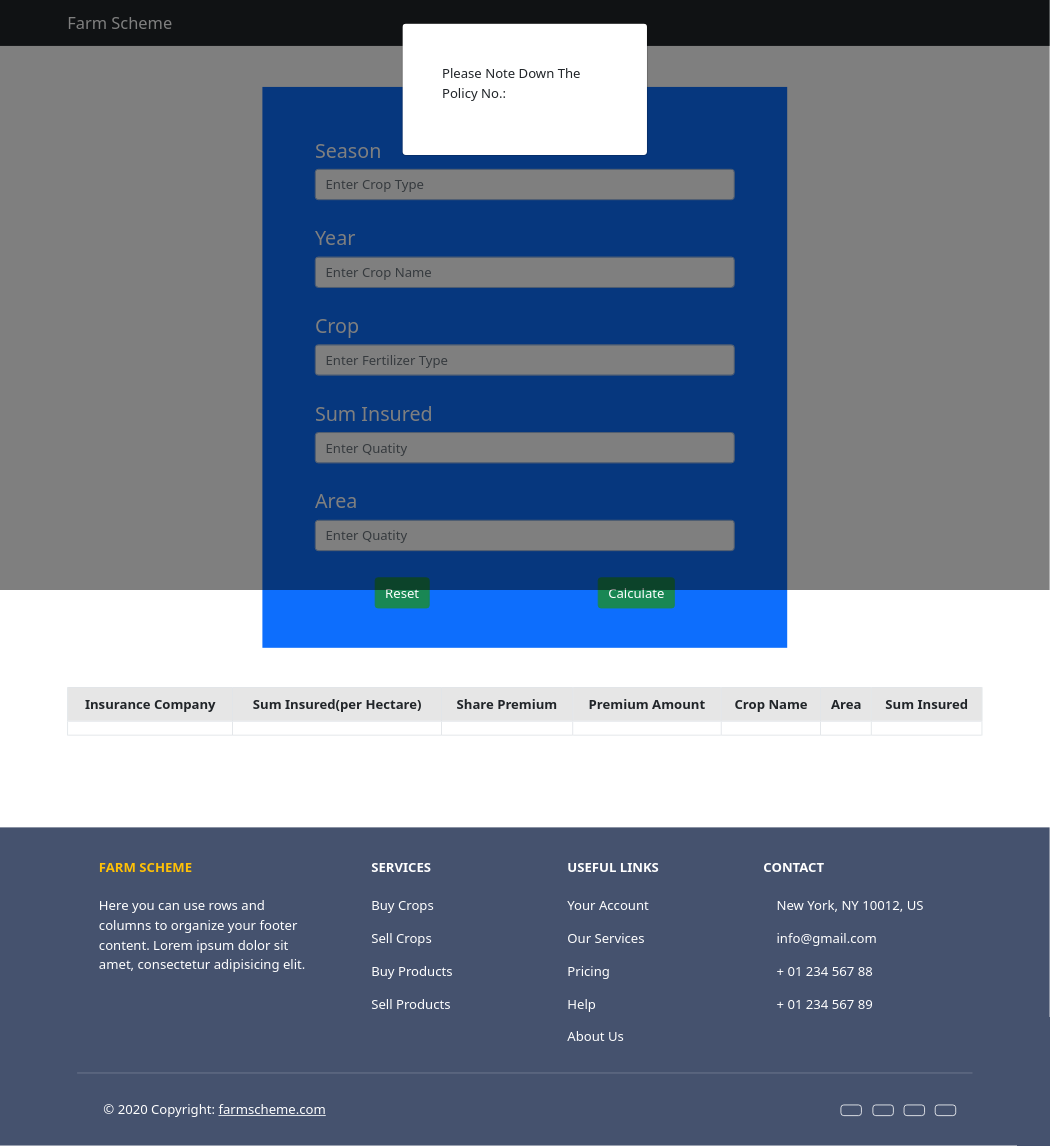
Repository: lavakumar17/Farmscheme
Page: http://localhost/demo/farmer/insurance_reg_success.jsp
The author's editor kept a copy of each file at every save. The page is drawn from the files as they stood at one save, then again after the next save.
The browser window is 1280 px wide. The pictures show the whole page, at 82% of full size.
The page is served by Tomcat 9. Other server files are loaded and not shown. The template is opened directly, without the code that normally fills it, so the values that code supplies are empty.

Above is the page before, as saved 2022-06-24 05:06:38.

### MainProject/demo/src/main/webapp/farmer/insurance_reg_success.jsp
<%@ page language="java" contentType="text/html; charset=ISO-8859-1"
    pageEncoding="ISO-8859-1" isELIgnored="false"%>
<!DOCTYPE html>
<html>
<head>
<meta charset="ISO-8859-1">
<title>Insert title here</title>
<!-- Bootstrap css and JavaScript links -->
    <%@include file="bootstrap_links.jsp" %>
</head>
<body class="align-items-ceter">

<!-- navbar -->
<nav class="navbar navbar-expand-lg navbar-dark bg-dark">
      <div class="container-fluid container">
        <a class="navbar-brand" href="#">Farm Scheme</a>
        <button
          class="navbar-toggler"
          type="button"
          data-bs-toggle="collapse"
          data-bs-target="#navbarNavDropdown"
          aria-controls="navbarNavDropdown"
          aria-expanded="false"
          aria-label="Toggle navigation"
        >
          <span class="navbar-toggler-icon"></span>
        </button>
        <div class="collapse navbar-collapse" id="navbarNavDropdown">
          <ul class="navbar-nav ms-auto">
            <!-- <li class="nav-item">
              <a class="nav-link active" aria-current="page" href="/">Home</a>
            </li> -->
          </ul>
        </div>
      </div>
    </nav>

<%-- <%@include file="navbar.jsp" %><br><br> --%>
<h3 class="text-center text-danger pt-2">Insurance</h3>
<h4 class="text-success text-center">${success }</h4>
<h4 class="text-danger text-center">${failed }</h4>
<div class="container w-50 cjustify-content-center bg-primary text-white p-5">
<form action="/farmer/insurance" method="post">

<div class="p-3">
<span class="form-label"><h4>Season</h4></span>
<input class="form-control" type="text" name="season" required placeholder="Enter Crop Type">
</div>
<div class="p-3">
<span class="form-label pt-3"><h4>Year</h4></span>
<input class="form-control" type="text" name="year" required placeholder="Enter Crop Name">
</div>

<div class="p-3">
<span class="form-label pt-3"><h4>Crop</h4></span>
<input class="form-control" type="text" name="crop" required placeholder="Enter Fertilizer Type">
</div>

<div class="p-3">
<span class="form-label pt-3"><h4>Sum Insured</h4></span>
<input class="form-control" type="text" name="sumInsured" required placeholder="Enter Quatity">
</div>

<div class="p-3">
<span class="form-label pt-3"><h4>Area</h4></span>
<input class="form-control" type="text" name="area" required placeholder="Enter Quatity">
</div>

<div class="d-flex justify-content-center pt-3">
<div class="w-50">
<button class="btn btn-success" type="submit">Reset</button>
</div>
<div>
<button class="btn btn-success" type="submit">Calculate</button>
</div>
</div>
</form>
</div><br><br>
<section>
<!-- <h3 class="text-center">Booking History</h3> -->
<div class="container">
<table class="table table-bordered table-striped text-center table-responsive-md">
<tr>
<th>Insurance Company</th>
<th>Sum Insured(per Hectare)</th>
<th>Share Premium</th>
<th>Premium Amount</th>
<th>Crop Name</th>
<th>Area</th>
<th>Sum Insured</th>
</tr>
<%-- <td class="border">${user.getUserId()}</td>
<td class="border">${user.getUserName()}</td> --%>
<%-- <c:forEach var="history" items="${bookingHistory}" varStatus="status"> --%>
<tr>
<td>${insurance.company }</td>
<td>${insurance.sumInsuredPH }</td>
<td>${insurance.sharePremium }</td>
<td>${insurance.premiumAmount }</td>
<td>${insurance.crop}</td>
<td>${insurance.area }</td>
<td>${insurance.sumInsured }</td>
</tr>
<!-- </c:forEach> -->
</table>
</div>
</section><br><br>
<div class="d-flex justify-content-center">
<form action="/farmer/insurance_reg" hidden="true" method="post">
      				<input hidden type="submit" value=${insurance.company }/>
      				<input hidden type="submit" value=${insurance.sumInsuredPH }/>
      				<input hidden type="submit" value=${insurance.sharePremium }/>
      				<input hidden type="submit" value=${insurance.premiumAmount }/>
      				<input hidden type="submit" value=${insurance.crop }/>
      				<input hidden type="submit" value=${insurance.area }/>
      				<input hidden type="submit" value=${insurance.sumInsured }/>
<button class="btn btn-success" type="submit">Apply</button>
</form>
</div><br><br>
<!-- </div> -->


<!-- Small modal -->
<!-- <button type="button" class="btn btn-primary" data-toggle="modal" data-target=".bd-example-modal-sm">Please Note Down The Policy No.</button> -->

<div class="modal fade bd-example-modal-sm" tabindex="-1" role="dialog" aria-labelledby="mySmallModalLabel" aria-hidden="true" id="exampleModal">
  <div class="modal-dialog modal-sm">
    <div class="modal-content p-5">
     <p>Please Note Down The Policy No.:
     ${policyNo }</p>
    </div>
  </div>
</div>
<script type="text/javascript">
    $(window).on('load', function() {
        $('#exampleModal').modal('show');
    });
    </script>




<!-- footer -->
<%@include file="footer.jsp" %>
</body>
</html>

### MainProject/demo/src/main/webapp/farmer/bootstrap_links.jsp
<!-- CSS only -->
<link rel="stylesheet" href="https://cdn.jsdelivr.net/npm/bootstrap@4.4.1/dist/css/bootstrap.min.css">
<link href="https://cdn.jsdelivr.net/npm/bootstrap@5.1.3/dist/css/bootstrap.min.css" rel="stylesheet"/>

<!-- JavScript Bundle with Popper -->
<script src="https://code.jquery.com/jquery-3.4.1.slim.min.js"></script>
<script src="https://cdn.jsdelivr.net/npm/popper.js@1.16.0/dist/umd/popper.min.js" ></script>
<script src="https://cdn.jsdelivr.net/npm/bootstrap@4.4.1/dist/js/bootstrap.min.js" ></script>
<script src="https://cdn.jsdelivr.net/npm/bootstrap@5.1.3/dist/js/bootstrap.bundle.min.js"></script>

### MainProject/demo/src/main/webapp/farmer/footer.jsp
<!-- Footer -->
  <footer
          class="text-center text-lg-start text-white"
          style="background-color: #45526e"
          id="footer"
          >
    <!-- Grid container -->
    <div class="container p-4 pb-0">
      <!-- Section: Links -->
      <section class="">
        <!--Grid row-->
        <div class="row">
          <!-- Grid column -->
          <div class="col-md-3 col-lg-3 col-xl-3 mx-auto mt-3">
            <h6 class="text-uppercase mb-4 font-weight-bold">
              <span class="text-warning">FARM SCHEME</span>
            </h6>
            <p>
              Here you can use rows and columns to organize your footer
              content. Lorem ipsum dolor sit amet, consectetur adipisicing
              elit.
            </p>
          </div>
          <!-- Grid column -->

          <hr class="w-100 clearfix d-md-none" />

          <!-- Grid column -->
          <div class="col-md-2 col-lg-2 col-xl-2 mx-auto mt-3">
            <h6 class="text-uppercase mb-4 font-weight-bold">SERVICES</h6>
            <p>
              <a class="text-white">Buy Crops</a>
            </p>
            <p>
              <a class="text-white">Sell Crops</a>
            </p>
            <p>
              <a class="text-white">Buy Products</a>
            </p>
            <p>
              <a class="text-white">Sell Products</a>
            </p>
          </div>
          <!-- Grid column -->

          <hr class="w-100 clearfix d-md-none" />

          <!-- Grid column -->
          <div class="col-md-3 col-lg-2 col-xl-2 mx-auto mt-3">
            <h6 class="text-uppercase mb-4 font-weight-bold">
              Useful links
            </h6>
            <p>
              <a class="text-white">Your Account</a>
            </p>
            <p>
              <a class="text-white">Our Services</a>
            </p>
            <p>
              <a class="text-white">Pricing</a>
            </p>
            <!-- <p>
              <a class="text-white">Become an Affiliate</a>
            </p> -->
            <p>
              <a class="text-white">Help</a>
            </p>
            <p>
              <a class="text-white">About Us</a>
            </p>
          </div>

          <!-- Grid column -->
          <hr class="w-100 clearfix d-md-none" />

          <!-- Grid column -->
          <div class="col-md-4 col-lg-3 col-xl-3 ms-auto mt-3">
            <h6 class="text-uppercase mb-4 font-weight-bold">Contact</h6>
            <p><i class="fas fa-home mr-3"></i> New York, NY 10012, US</p>
            <p><i class="fas fa-envelope mr-3"></i> info@gmail.com</p>
            <p><i class="fas fa-phone mr-3"></i> + 01 234 567 88</p>
            <p><i class="fas fa-print mr-3"></i> + 01 234 567 89</p>
          </div>
          <!-- Grid column -->
        </div>
        <!--Grid row-->
      </section>
      <!-- Section: Links -->

      <hr class="my-3">

      <!-- Section: Copyright -->
      <section class="p-3 pt-0">
        <div class="row d-flex align-items-center">
          <!-- Grid column -->
          <div class="col-md-7 col-lg-8 text-center text-md-start">
            <!-- Copyright -->
            <div class="p-3">
              © 2020 Copyright:
              <a class="text-white" href="https://mdbootstrap.com/"
                 >farmscheme.com</a
                >
            </div>
            <!-- Copyright -->
          </div>
          <!-- Grid column -->

          <!-- Grid column -->
          <div class="col-md-5 col-lg-4 ml-lg-0 text-center text-md-end">
            <!-- Facebook -->
            <a
               class="btn btn-outline-light btn-floating m-1"
               class="text-white"
               role="button"
               ><i class="fab fa-facebook-f"></i
              ></a>

            <!-- Twitter -->
            <a
               class="btn btn-outline-light btn-floating m-1"
               class="text-white"
               role="button"
               ><i class="fab fa-twitter"></i
              ></a>

            <!-- Google -->
            <a
               class="btn btn-outline-light btn-floating m-1"
               class="text-white"
               role="button"
               ><i class="fab fa-google"></i
              ></a>

            <!-- Instagram -->
            <a
               class="btn btn-outline-light btn-floating m-1"
               class="text-white"
               role="button"
               ><i class="fab fa-instagram"></i
              ></a>
          </div>
          <!-- Grid column -->
        </div>
      </section>
      <!-- Section: Copyright -->
    </div>
    <!-- Grid container -->
  </footer>
  <!-- Footer -->

After the next save:
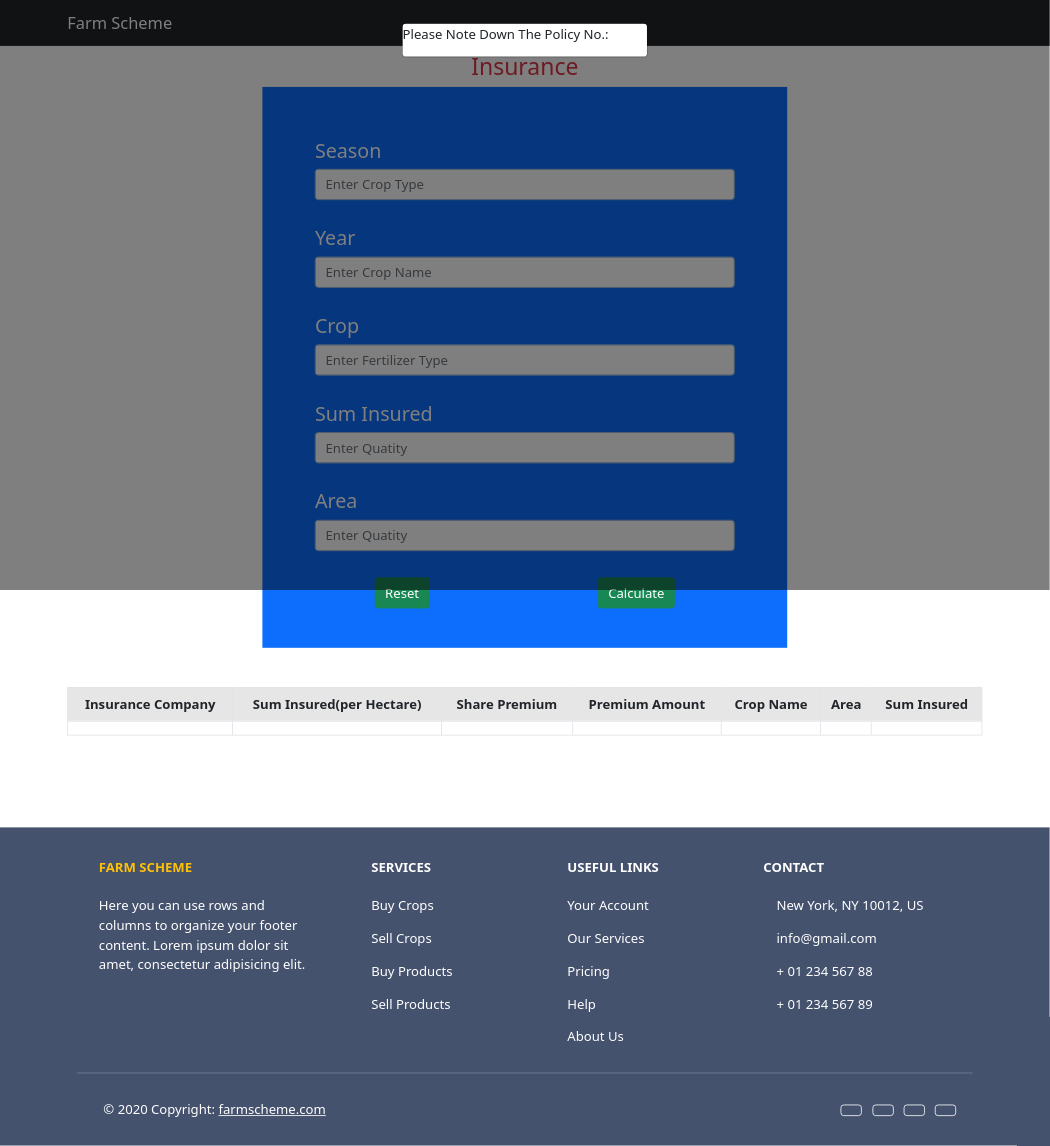
Saved 21 s later.
--- a/MainProject/demo/src/main/webapp/farmer/insurance_reg_success.jsp
+++ b/MainProject/demo/src/main/webapp/farmer/insurance_reg_success.jsp
@@ -125,7 +125,7 @@
 
 <div class="modal fade bd-example-modal-sm" tabindex="-1" role="dialog" aria-labelledby="mySmallModalLabel" aria-hidden="true" id="exampleModal">
   <div class="modal-dialog modal-sm">
-    <div class="modal-content p-5">
+    <div class="modal-content p-">
      <p>Please Note Down The Policy No.:
      ${policyNo }</p>
     </div>
